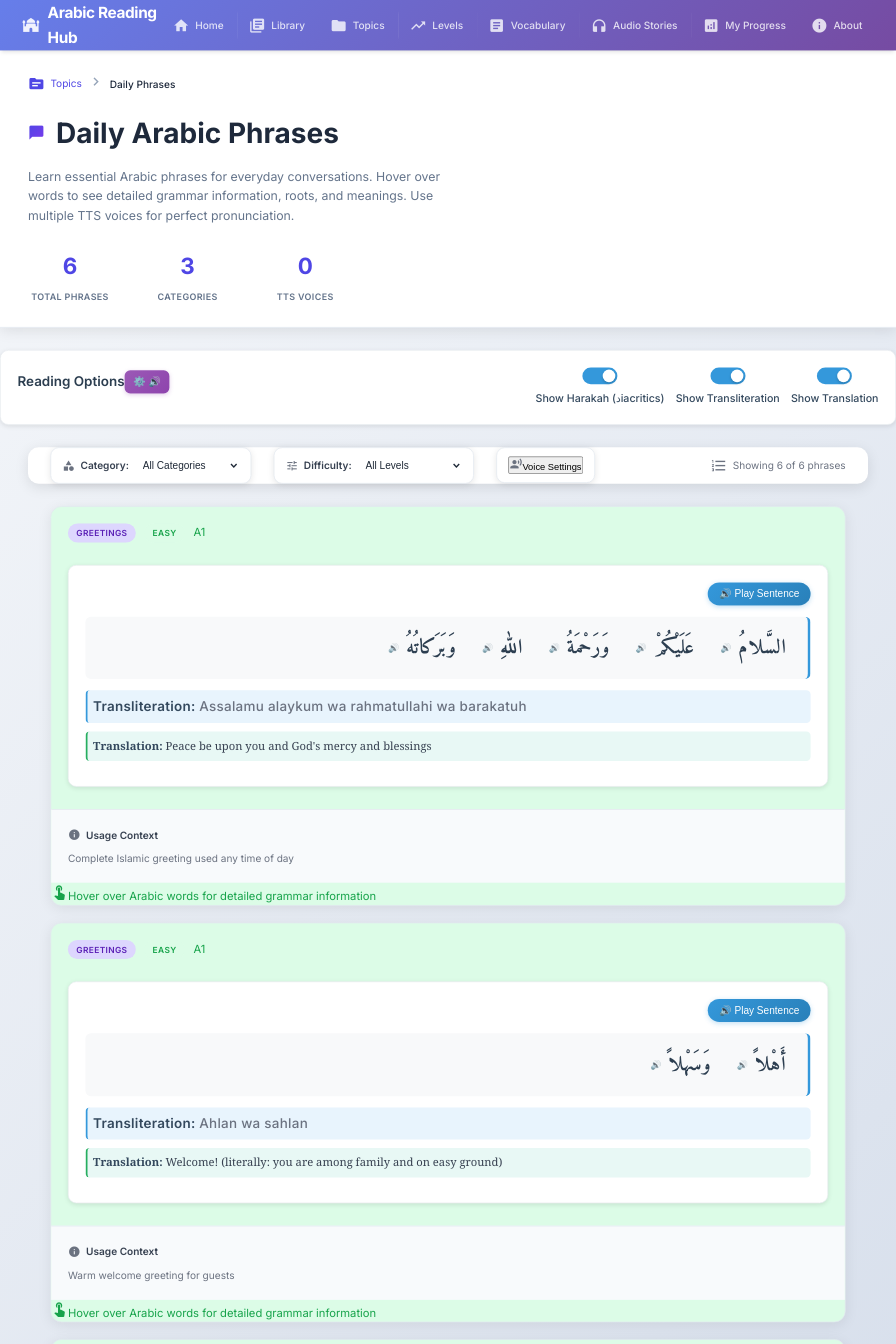
Repository: AhadBAzad/arabic-webapp
Page: /topics/daily-phrases, after clicking the first element matching `button.tts-settings-btn`
The author's editor kept a copy of each file at every save. The page is drawn from the files as they stood at one save, then again after the next save.
The browser window is 1280 px wide. The pictures show the part of the page from y = 0 to 1920 px (the page is 4335 px tall), at 70% of full size.
The project was rebuilt for these pictures with package versions that can differ from the ones it lists, and the page was loaded fresh each time. Also part of the build but not shown: vite.config.ts, src/pages/HomePage.tsx, src/data.ts, src/components/StoryReader.tsx, src/components/StoryList.tsx, src/pages/LibraryPage.tsx, src/pages/TopicsPage.css, src/pages/TopicsPage.tsx and 6 more.

Above is the page before, as saved 2025-09-30 22:15:35.

After the next save:
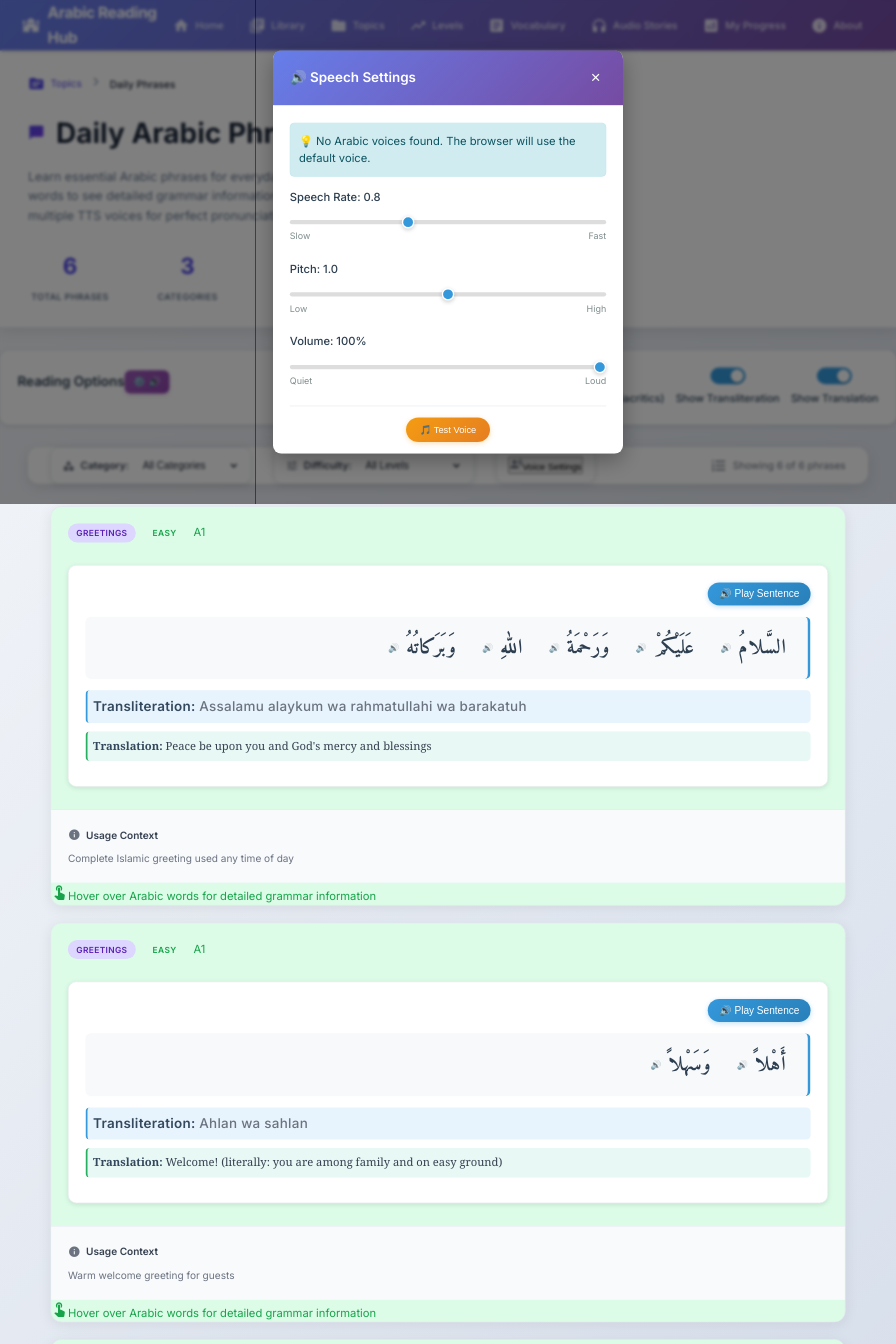
Saved 27 s later.
--- a/src/pages/DailyPhrasesPage.tsx
+++ b/src/pages/DailyPhrasesPage.tsx
@@ -326,7 +326,10 @@ const DailyPhrasesPage = () => {
 
       {/* TTS Settings Modal */}
       {showTTSSettings && (
-        <TTSSettings onClose={() => setShowTTSSettings(false)} />
+        <TTSSettings
+          isOpen={showTTSSettings}
+          onClose={() => setShowTTSSettings(false)}
+        />
       )}
 
       {/* Enhanced Filters Section */}
